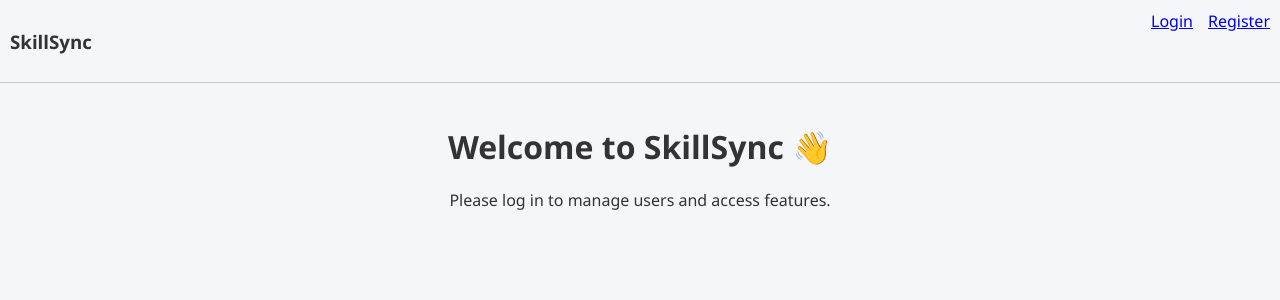
Repository: bharathabhi46/SkillSync-FrontEnd
Page: /
These files come from the project's save history. The page is drawn as it stood at one moment and after the next save; the edit follows.
The browser window is 1280 px wide. The pictures show the whole page.
The project was rebuilt for these pictures with package versions that can differ from the ones it lists, and the page was loaded fresh each time. Also part of the build but not shown: vite.config.js, src/Components/CreateUser/CreateUser.jsx, src/Components/UserList/UserList.jsx, src/Components/EditUser/EditUser.jsx, src/Components/RegisterUser/RegisterUser.jsx, src/Components/LoginUser/LoginUser.jsx, src/Components/PrivateAuth/PrivateAuth.jsx.

Above is the page before, as saved 2025-06-27 17:40:30.

After the next save:
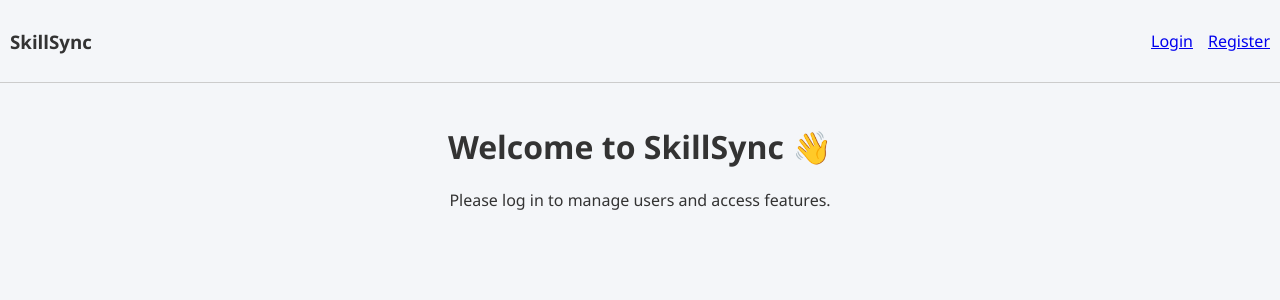
Saved 2 min 18 s later.
--- a/src/Components/NavBar/NavBar.jsx
+++ b/src/Components/NavBar/NavBar.jsx
@@ -3,10 +3,10 @@ import { Link, useNavigate } from "react-router-dom";
 
 const Navbar = () => {
   const navigate = useNavigate();
-  const isLoggedIn = localStorage.getItem("userEmail");
-  console.log(isLoggedIn !== null);
+  const user = JSON.parse(localStorage.getItem("user"));
+
   const handleLogout = () => {
-    localStorage.removeItem("userEmail");
+    localStorage.removeItem("user");
     navigate("/LoginUser");
   };
 
@@ -20,17 +20,20 @@ const Navbar = () => {
       }}
     >
       <h3>SkillSync</h3>
-      <div style={{ display: "flex", gap: "15px" }}>
-        {!isLoggedIn ? (
+      <div style={{ display: "flex", gap: "15px", alignItems: "center" }}>
+        {user ? (
           <>
-            <Link to="/LoginUser">Login</Link>
-            <Link to="/RegisterUser">Register</Link>
+            <span>
+              Welcome, <strong>{user.name}</strong> 👋
+            </span>
+            <Link to="/users">Users</Link>
+            <Link to="/create">Create</Link>
+            <button onClick={handleLogout}>Logout</button>
           </>
         ) : (
           <>
-            <Link to="/UserList">Users</Link>
-            <Link to="/CreateUser">Create User</Link>
-            <button onClick={handleLogout}>Logout</button>
+            <Link to="/LoginUser">Login</Link>
+            <Link to="/register">Register</Link>
           </>
         )}
       </div>
